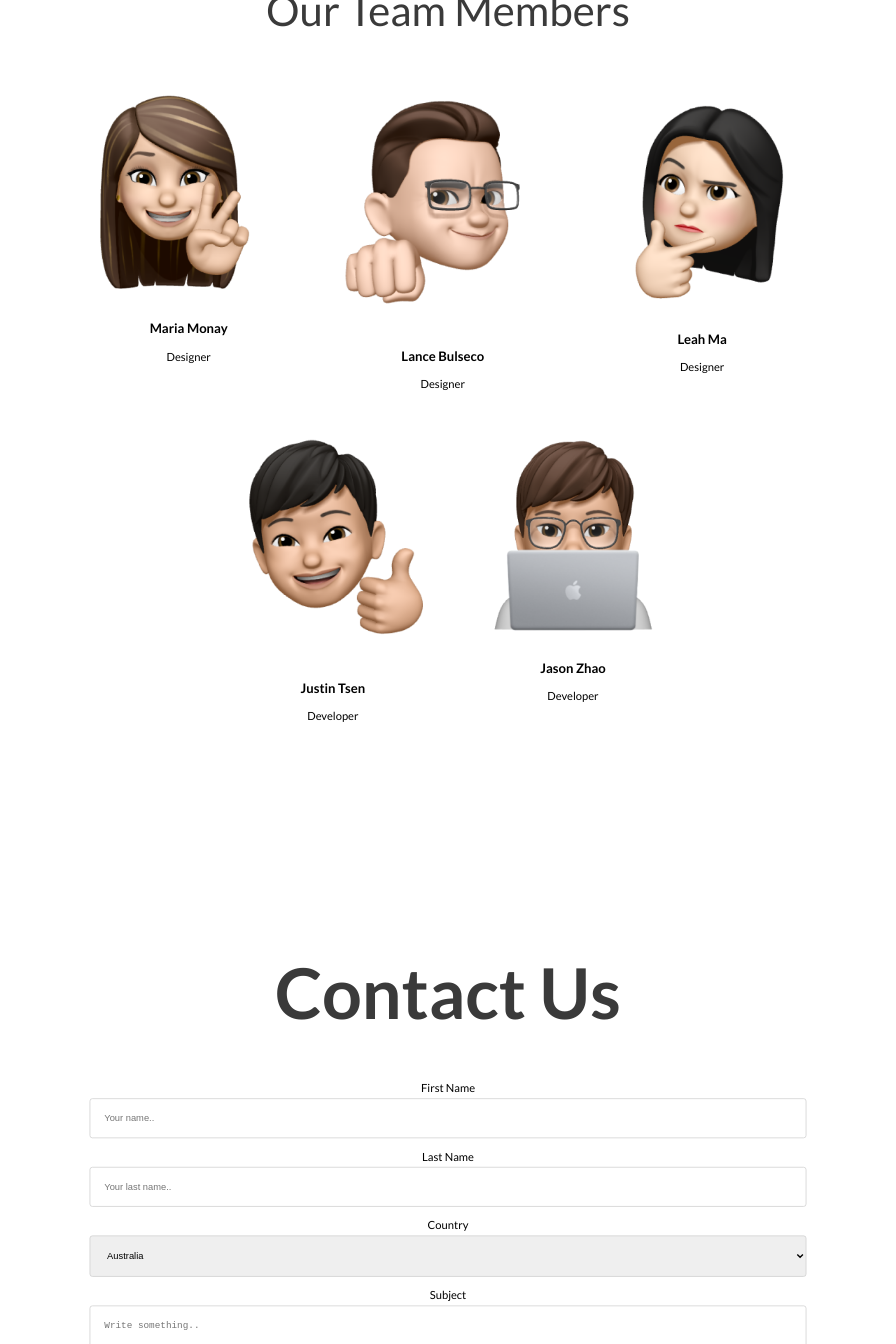
Repository: leahma1208/dinemaster
Page: index.html
An editor plug-in stored every save of this project. The page is shown before and after the next save, followed by the edit.
The browser window is 1280 px wide. The pictures show the part of the page from y = 4580 to 6500 px (the page is 6951 px tall before and 6851 px after), at 70% of full size.
A picture or video elsewhere on the page could not be fetched, so the positions and the page height are approximate.

Above is the page before, as saved 2021-05-07 13:06:38.

After the next save:
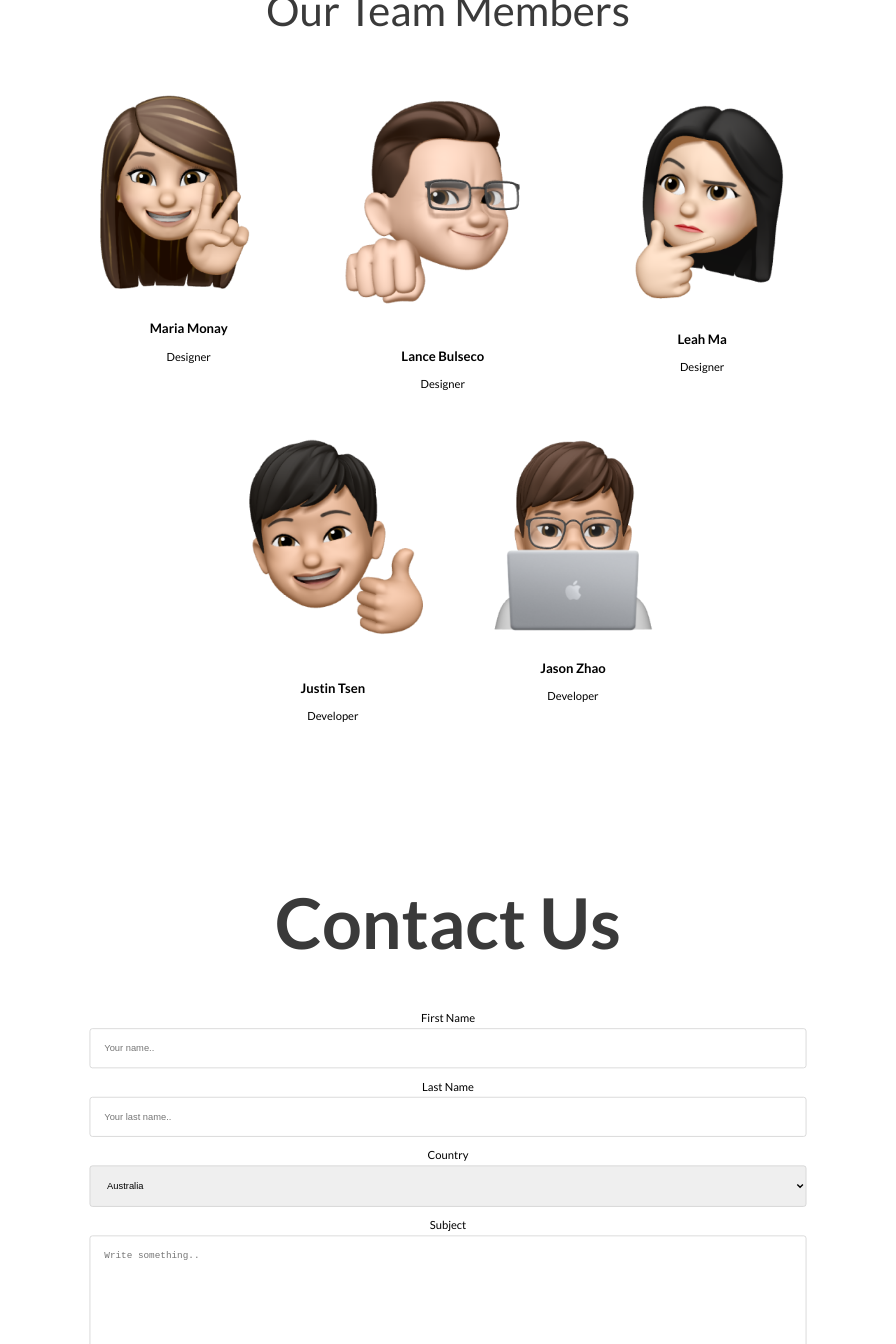
Saved 48 s later.
--- a/style.css
+++ b/style.css
@@ -144,7 +144,7 @@
   justify-content: center;
   align-items: center;
   flex-direction: column;
-  margin-bottom: 300px;
+  margin-bottom: 200px;
 }
 
 .img1 {
